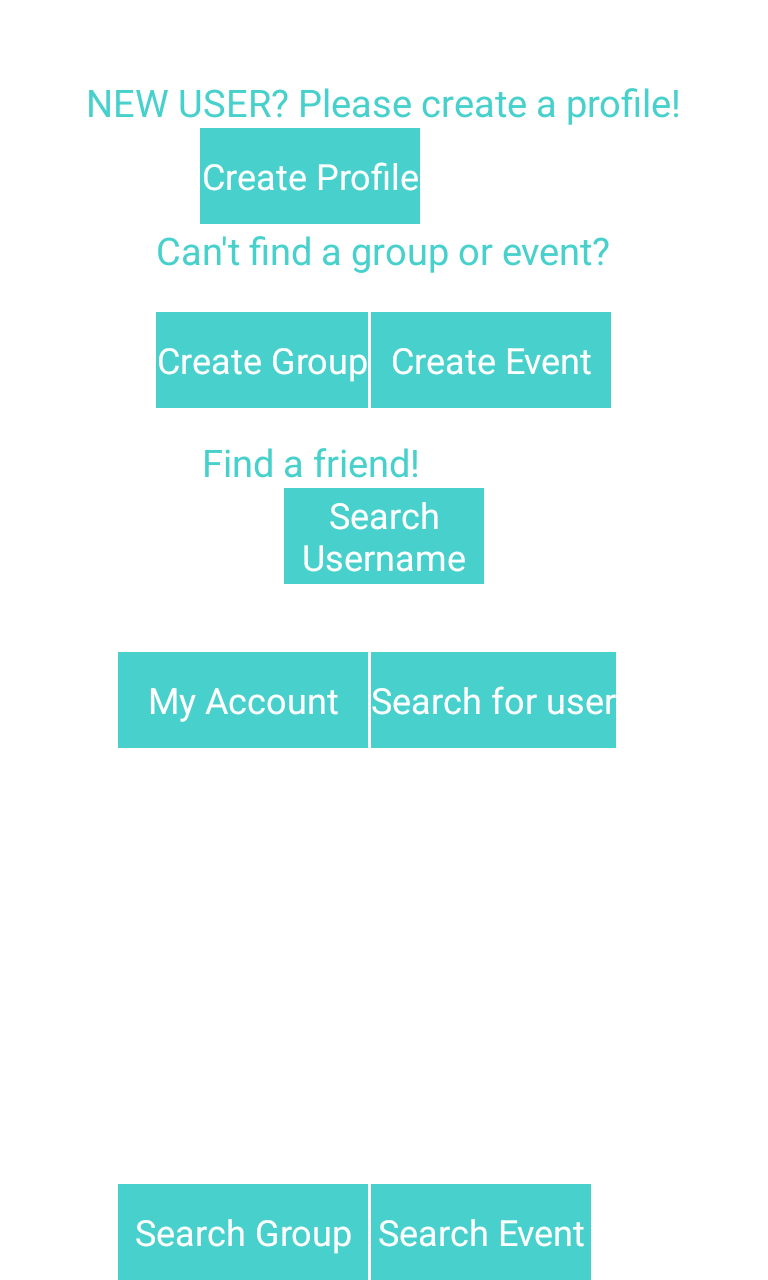
Repository: COMP231-S63G1/COMP231-S63G1
Layout: Wanna/res/layout/activity_person_login_success.xml
These files come from the project's save history. The layout is drawn as it stood at one moment and after the next save; the edit follows.
It is drawn on a 768 x 1280 px phone screen (xhdpi) without system bars, with theme AppTheme; the app's code is not run.

Above is the layout before, as saved 2014-12-08 03:27:42.

### Wanna/res/layout/activity_person_login_success.xml
<RelativeLayout xmlns:android="http://schemas.android.com/apk/res/android"
    android:layout_width="match_parent"
    android:layout_height="match_parent" >

    <TextView
        android:id="@+id/textwelcome"
        android:layout_width="300dp"
        android:layout_height="40dp"
        android:layout_marginLeft="100dp"
        android:layout_marginTop="98dp"
        android:gravity="center"
        android:textColor="#48D1CC"
        android:textSize="25sp" />

    <TextView
        android:id="@+id/lname"
        android:layout_width="125dp"
        android:layout_height="40dp"
        android:layout_marginLeft="100dp"
        android:layout_marginTop="98dp"
        android:textColor="#ffffff"
        android:textSize="20sp" />

    <TextView
        android:id="@+id/textView1"
        android:layout_width="wrap_content"
        android:layout_height="wrap_content"
        android:layout_alignParentTop="true"
        android:layout_centerHorizontal="true"
        android:layout_marginTop="38dp"
        android:text="NEW USER? Please create a profile!"
        android:textColor="#48D1CC"
        android:textSize="19sp" />

    <Button
        android:id="@+id/button3"
        android:layout_width="110sp"
        android:layout_height="wrap_content"
        android:layout_above="@+id/textView2"
        android:layout_alignLeft="@+id/textwelcome"

        android:onClick="onCreateProfile"
        android:text="Create Profile"
        android:textColor="#ffffff"
        android:background="#48D1CC" />

    <Button
        android:id="@+id/button9"
        android:layout_width="120sp"
        android:layout_height="wrap_content"
        android:layout_alignBaseline="@+id/button2"
        android:layout_alignBottom="@+id/button2"
        android:layout_alignRight="@+id/textView2"
        android:background="#48D1CC"
        android:onClick="onCreateEvent"
        android:text="Create Event"
        android:textColor="#ffffff" />

    <TextView
        android:id="@+id/textView3"
        android:layout_width="wrap_content"
        android:layout_height="wrap_content"
        android:layout_alignRight="@+id/button3"
        android:layout_below="@+id/button2"
        android:layout_marginTop="14dp"
        android:text="Find a friend!"
        android:textColor="#48D1CC"
        android:textSize="19sp" />

    <Button
        android:id="@+id/button5"
        android:layout_width="110sp"
        android:layout_height="wrap_content"
        android:layout_alignBaseline="@+id/button7"
        android:layout_alignBottom="@+id/button7"
        android:layout_alignLeft="@+id/button9"
        android:background="#48D1CC"
        android:onClick="searcheventclick"
        android:text="Search Event"
        android:textColor="#ffffff" />

    <Button
        android:id="@+id/button4"
        android:layout_width="wrap_content"
        android:layout_height="wrap_content"
        android:layout_alignLeft="@+id/button7"
        android:layout_alignRight="@+id/button7"
        android:layout_below="@+id/button1"
        android:layout_marginTop="34dp"
        android:onClick="myaccountclick"
        android:text="My Account"
        android:textColor="#ffffff"
        android:background="#48D1CC"
        />

    <Button
        android:id="@+id/button7"
        android:layout_width="wrap_content"
        android:layout_height="wrap_content"
        android:layout_alignLeft="@+id/textView1"
        android:layout_alignParentBottom="true"
        android:layout_alignRight="@+id/button2"
        android:layout_marginLeft="16dp"
        android:background="#48D1CC"
        android:onClick="searchgroupclick"
        android:text="Search Group"
        android:textColor="#ffffff" />

    <Button
        android:id="@+id/button6"
        android:layout_width="wrap_content"
        android:layout_height="wrap_content"
        android:layout_alignBaseline="@+id/button4"
        android:layout_alignBottom="@+id/button4"
        android:layout_alignLeft="@+id/button5"
        android:background="#48D1CC"
        android:onClick="searchfilterationclick"
        android:text="Search for user"
        android:textColor="#ffffff" />

    <Button
        android:id="@+id/button2"
        android:layout_width="wrap_content"
        android:layout_height="wrap_content"
        android:layout_alignLeft="@+id/textView2"
        android:layout_below="@+id/textwelcome"
        android:layout_marginTop="18dp"
        android:background="#48D1CC"
        android:onClick="onCreateGroup"
        android:text="Create Group"
        android:textColor="#ffffff" />

    <TextView
        android:id="@+id/textView2"
        android:layout_width="wrap_content"
        android:layout_height="wrap_content"
        android:layout_above="@+id/button2"
        android:layout_centerHorizontal="true"
        android:text="Can&apos;t find a group or event?"
        android:textColor="#48D1CC"
        android:textSize="19sp" />

    <Button
        android:id="@+id/button1"
        android:layout_width="100sp"
        android:layout_height="wrap_content"
        android:layout_below="@+id/textView3"
        android:layout_centerHorizontal="true"
        android:background="#48D1CC"
        android:onClick="onSearchUserName"
        android:text="Search Username"
        android:textColor="#ffffff" />

</RelativeLayout>

Loaded but not shown: Wanna/res/values/styles.xml (common file); Wanna/res/values-v11/styles.xml (common file); Wanna/res/values-v14/styles.xml (common file)

After the next save:
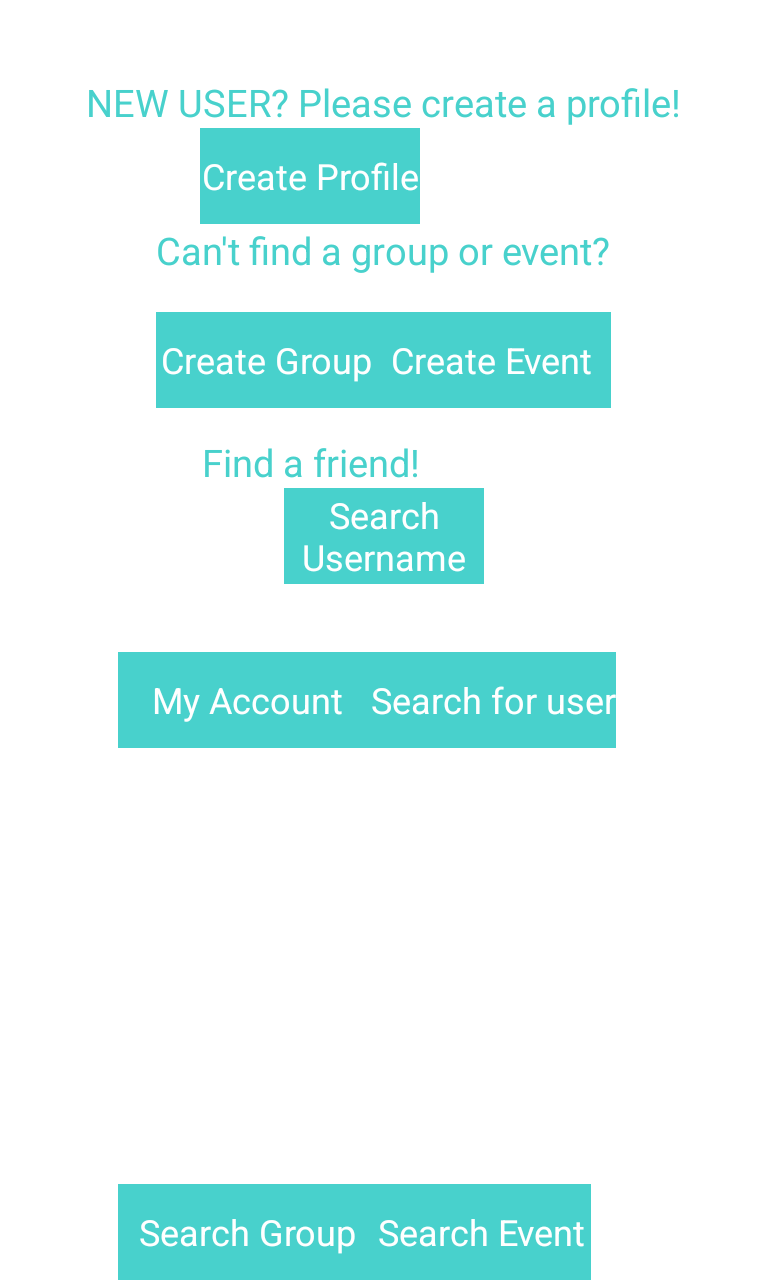
Saved 16 s later.
--- a/Wanna/res/layout/activity_person_login_success.xml
+++ b/Wanna/res/layout/activity_person_login_success.xml
@@ -120,7 +120,7 @@
 
     <Button
         android:id="@+id/button2"
-        android:layout_width="wrap_content"
+        android:layout_width="110sp"
         android:layout_height="wrap_content"
         android:layout_alignLeft="@+id/textView2"
         android:layout_below="@+id/textwelcome"
